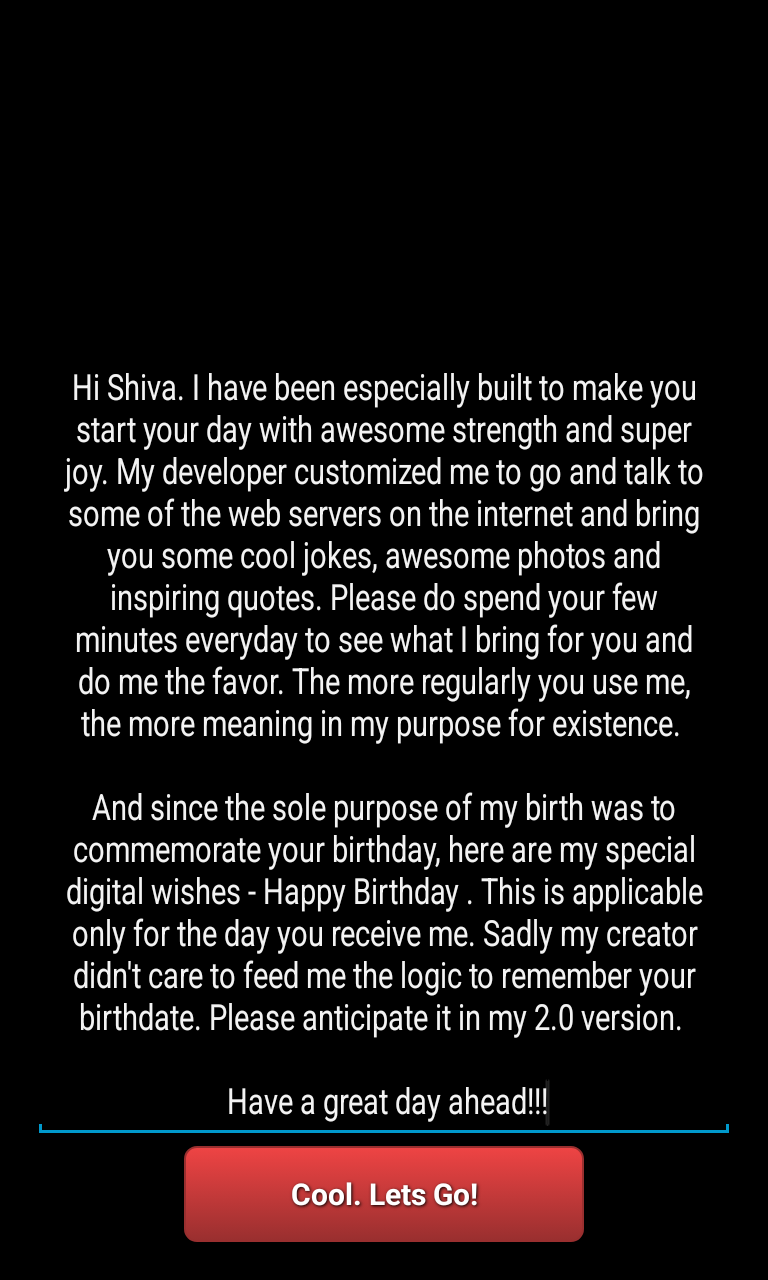
Repository: gitvas/FewMinutesEveryday
Layout: WorkspaceOne/FewMinutesEveryday/res/layout/activity_start.xml
An editor plug-in stored every save of this project. The layout is shown before and after the next save, followed by the edit.
It is drawn on a 768 x 1280 px phone screen (xhdpi) without system bars, with theme android:Theme.Holo; the app's code is not run.

Above is the layout before, as saved 2014-08-24 06:48:43.

After the next save:
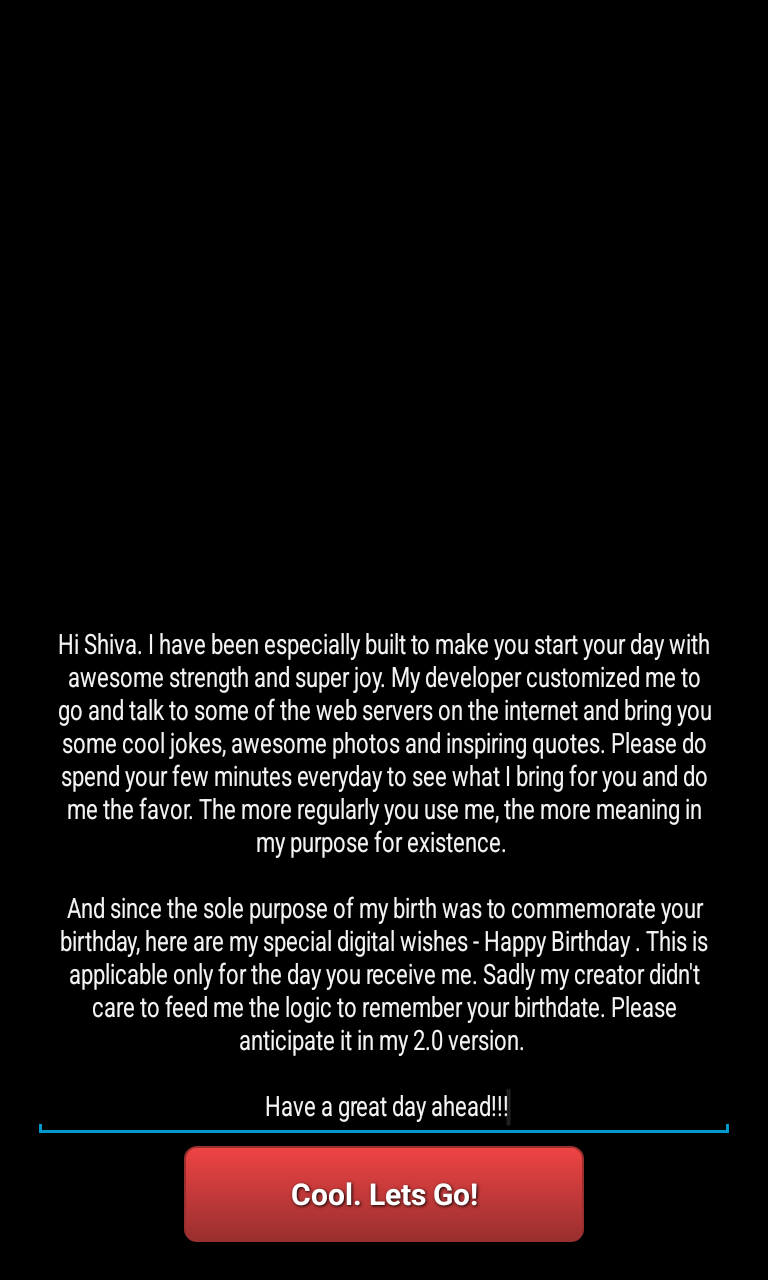
Saved 23 s later.
--- a/WorkspaceOne/FewMinutesEveryday/res/layout/activity_start.xml
+++ b/WorkspaceOne/FewMinutesEveryday/res/layout/activity_start.xml
@@ -20,7 +20,7 @@
         android:inputType="none"
         android:focusable="false"
         android:textScaleX="0.8"
-        android:text="14sp"
+        android:textSize="14sp"
         android:text="@string/intro_text">
         <requestFocus />
     </EditText>
